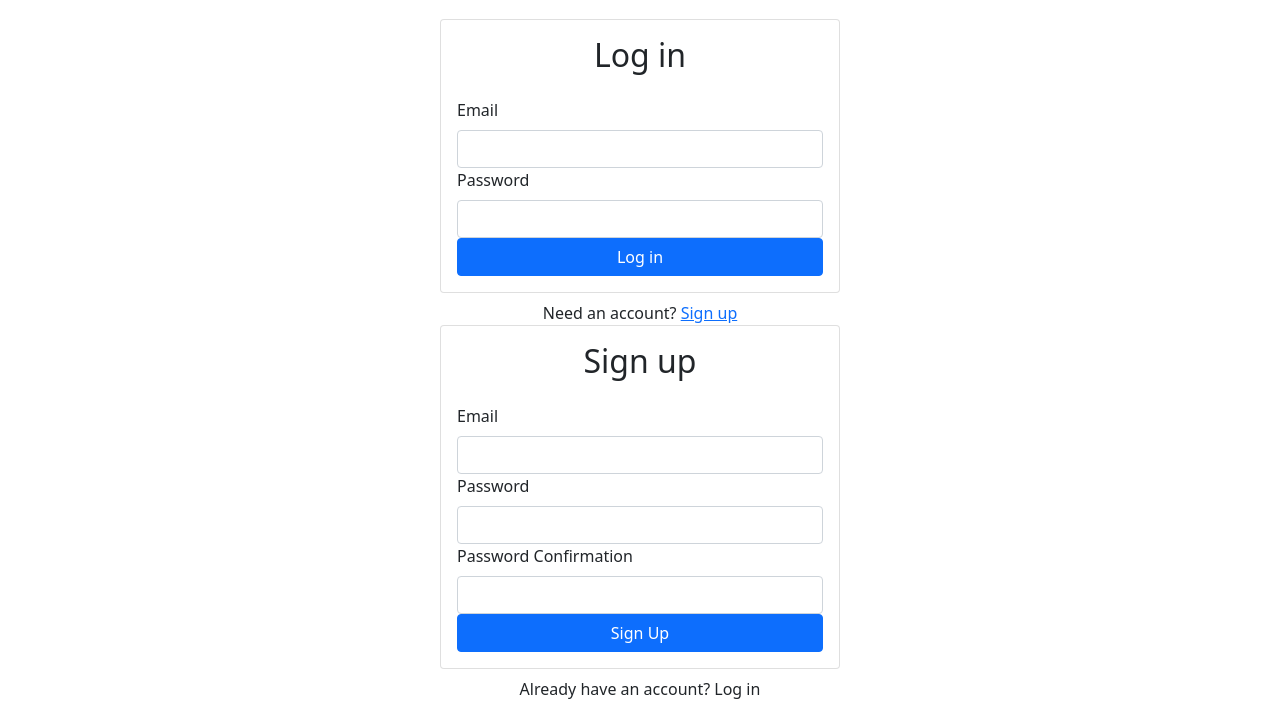
Repository: RickLeinecker/CompositionToday
Page: /login (app in frontend/)
An editor plug-in stored every save of this project. The page is shown before and after a run of saves, followed by the edit.
The browser window is 1280 px wide. The pictures show the whole page.
The project was rebuilt for these pictures with package versions that can differ from the ones it lists, and the page was loaded fresh each time. Also part of the build but not shown: frontend/src/Dashboard.tsx.

Above is the page before, as saved 2021-11-03 14:15:02.

### frontend/src/App.tsx
import Signup from './Signup'
import "bootstrap/dist/css/bootstrap.min.css";
import { Container } from 'react-bootstrap';
import { AuthProvider } from './contexts/AuthContext';
import { BrowserRouter as Router, Switch, Route} from 'react-router-dom'
import Dashboard from './Dashboard';
import Login from './Login';

function App() {
  return(
    <Container className="d-flex align-items-center
    justify-content-center" style = {{minHeight:"100vh"}}>
      <div className="w-100" style={{maxWidth:"400px"}}>
        <Router>
          <AuthProvider>
            <Switch>
              <Route exact path="/" component={Dashboard}/>
              <Route path="/signup" component={Signup}/>
              <Route path="/login" component={Login}/>
            </Switch>
          </AuthProvider>
        </Router>
        <Signup/>
      </div>
    </Container>
  )
}

export default App

### frontend/src/Signup.tsx
import {useRef, useState} from 'react'
import Form from "react-bootstrap/Form"
import Button from "react-bootstrap/Button"
import Card from "react-bootstrap/Card"
import Alert from "react-bootstrap/Alert"
import { useAuth } from './contexts/AuthContext';

export default function Signup(){

    const [error, setError] = useState<string>("")
    const [loading, setLoading] = useState<boolean>(false)
    const emailRef = useRef<HTMLInputElement>(null);
    const passwordRef = useRef<HTMLInputElement>(null);
    const passwordConfirmRef = useRef<HTMLInputElement>(null);
    const signup = useAuth()

    async function handleSubmit(e: { preventDefault: () => void; }){
        e.preventDefault()

        if(passwordRef.current?.value !== passwordConfirmRef.current?.value){
            return setError("Passwords do not match")
        }
        try{
            setError("")
            setLoading(true)
            await signup(emailRef.current?.value, passwordRef.current?.value)
        } catch {
            setError("Failed to create an account")
        }
        setLoading(false)

    }

    return(
        <>
            <Card>
                <Card.Body>
                    <h2 className = "text-center mb-4">Sign up</h2>
                    {error && <Alert variant ="danger">{error}</Alert>}
                    <Form onSubmit = {handleSubmit}>
                        <Form.Group id = "email">
                            <Form.Label>Email</Form.Label>
                            <Form.Control type = "email" ref={emailRef} required/>
                        </Form.Group>
                        <Form.Group id = "password">
                            <Form.Label>Password</Form.Label>
                            <Form.Control type = "password" ref={passwordRef} required/>
                        </Form.Group>
                        <Form.Group id = "password-confirm">
                            <Form.Label>Password Confirmation</Form.Label>
                            <Form.Control type = "password" ref={passwordConfirmRef} required/>
                        </Form.Group>
                        <Button disabled={loading} className = "w-100" type="submit">
                            Sign Up
                        </Button>
                    </Form>
                </Card.Body>
            </Card>
            <div className="w-100 text-center mt-2">
                Already have an account? Log in
            </div>
        </>
    )
}

### frontend/src/contexts/AuthContext.js
import React, {useContext, useEffect, useState } from 'react'
import {auth} from '../firebase'
import {createUserWithEmailAndPassword} from 'firebase/auth'

const AuthContext = React.createContext();

export function useAuth(){
    return useContext(AuthContext)
}

export function AuthProvider({children}){
    const [currentUser, setCurrentUser] = useState();
    const [loading, setLoading] = useState(true);

    function signup(email, password){
        createUserWithEmailAndPassword(auth, email, password)
    }

    useEffect(() => {
        const unsubscribe = auth.onAuthStateChanged((user) => {
            setCurrentUser(user)
            setLoading(false)
        })

        return unsubscribe
    },[])

    const value = {
        currentUser,
        signup
    }

    return (
        <AuthContext.Provider value={value}>
            {!loading && children}
        </AuthContext.Provider>
    )
}

### frontend/src/Login.tsx
import {useRef, useState} from 'react'
import Form from "react-bootstrap/Form"
import Button from "react-bootstrap/Button"
import Card from "react-bootstrap/Card"
import Alert from "react-bootstrap/Alert"
import { useAuth } from './contexts/AuthContext';
import {Link} from 'react-router-dom'

export default function Login(){

    const [error, setError] = useState<string>("")
    const [loading, setLoading] = useState<boolean>(false)
    const emailRef = useRef<HTMLInputElement>(null);
    const passwordRef = useRef<HTMLInputElement>(null);
    const signup = useAuth()

    async function handleSubmit(e: { preventDefault: () => void; }){
        e.preventDefault()

        try{
            setError("")
            setLoading(true)
            await signup(emailRef.current?.value, passwordRef.current?.value)
        } catch {
            setError("Failed to create an account")
        }
        setLoading(false)

    }

    return(
        <>
            <Card>
                <Card.Body>
                    <h2 className = "text-center mb-4">Log in</h2>
                    {error && <Alert variant ="danger">{error}</Alert>}
                    <Form onSubmit = {handleSubmit}>
                        <Form.Group id = "email">
                            <Form.Label>Email</Form.Label>
                            <Form.Control type = "email" ref={emailRef} required/>
                        </Form.Group>
                        <Form.Group id = "password">
                            <Form.Label>Password</Form.Label>
                            <Form.Control type = "password" ref={passwordRef} required/>
                        </Form.Group>
                        <Button disabled={loading} className = "w-100" type="submit">
                            Log in
                        </Button>
                    </Form>
                </Card.Body>
            </Card>
            <div className="w-100 text-center mt-2">
                Need an account? <Link to="/signup">Sign up</Link>
            </div>
        </>
    )
}

### frontend/src/firebase.tsx
import { initializeApp } from "firebase/app";
import { getAuth } from "firebase/auth" // New import

const app = initializeApp({
    apiKey: process.env.REACT_APP_FIREBASE_API_KEY,
    authDomain: process.env.REACT_APP_FIREBASE_AUTH_DOMAIN,
    projectId: process.env.REACT_APP_FIREBASE_PROJECT_ID,
    storageBucket: process.env.REACT_APP_FIREBASE_STORAGE_BUCKET,
    messagingSenderId: process.env.REACT_APP_FIREBASE_MESSAGING_SENDER_ID,
    appId: process.env.REACT_APP_FIREBASE_APP_ID,
    measurementId: process.env.REACT_APP_FIREBASE_MEASUREMENT_ID,
})

export const auth = getAuth(app)
export default app

Loaded but not shown: frontend/public/index.html (common file); frontend/src/index.tsx (common file)

After the next 3 saves:
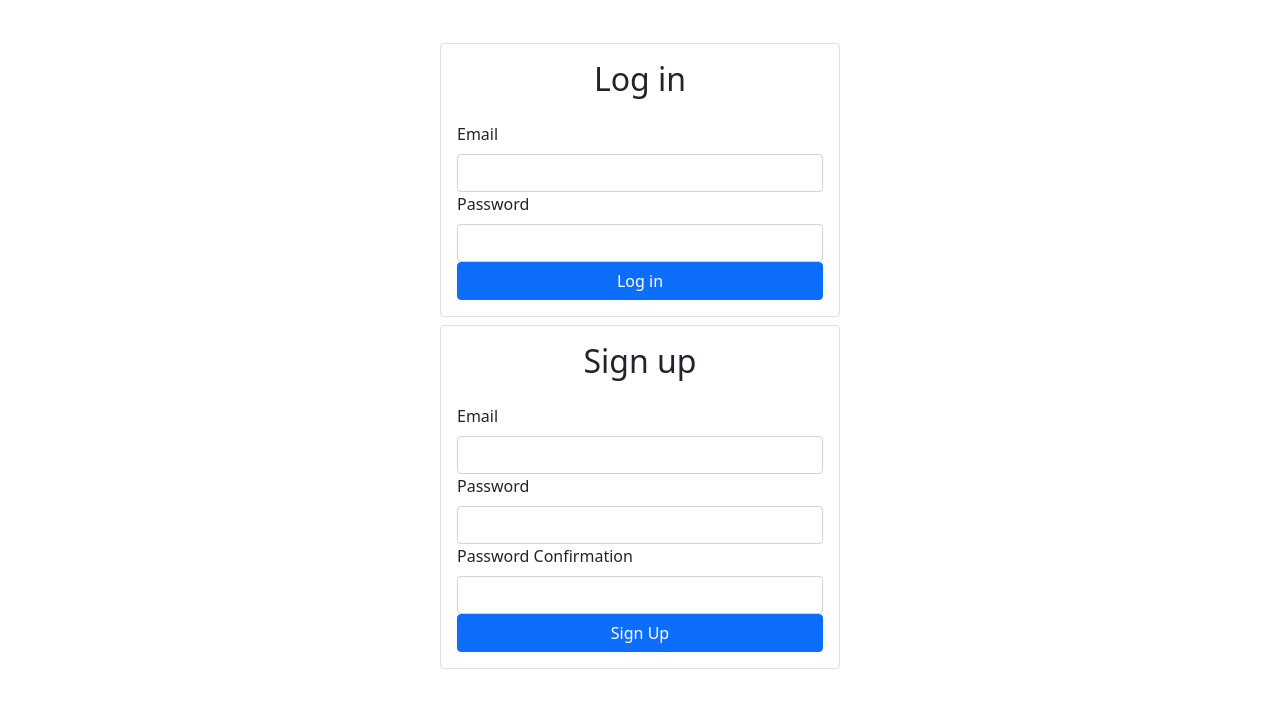
The 3 saves are shown as one change because 2 did not build or start.
The last was saved 6 min 36 s later.
--- a/frontend/src/Signup.tsx
+++ b/frontend/src/Signup.tsx
@@ -4,6 +4,7 @@ import Button from "react-bootstrap/Button"
 import Card from "react-bootstrap/Card"
 import Alert from "react-bootstrap/Alert"
 import { useAuth } from './contexts/AuthContext';
+import {Link} from 'react-router-dom'
 
 export default function Signup(){
 
@@ -57,7 +58,7 @@ export default function Signup(){
                 </Card.Body>
             </Card>
             <div className="w-100 text-center mt-2">
-                Already have an account? Log in
+                {/* Already have an account? <Link to="/login">Log in</Link> */}
             </div>
         </>
     )
--- a/frontend/src/Login.tsx
+++ b/frontend/src/Login.tsx
@@ -50,7 +50,7 @@ export default function Login(){
                 </Card.Body>
             </Card>
             <div className="w-100 text-center mt-2">
-                Need an account? <Link to="/signup">Sign up</Link>
+                {/* Need an account? <Link to="/signup">Sign up</Link> */}
             </div>
         </>
     )
